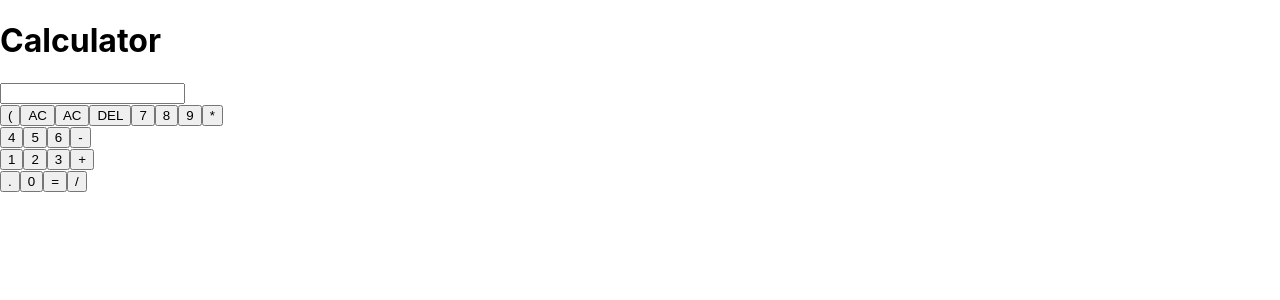
Repository: thesaherriaz/Calculator-React
Page: /
An editor plug-in stored every save of this project. The page is shown before and after the next save, followed by the edit.
The browser window is 1280 px wide. The pictures show the whole page.
The project was rebuilt for these pictures with package versions that can differ from the ones it lists, and the page was loaded fresh each time.

Above is the page before, as saved 2025-06-18 14:54:29.

After the next save:
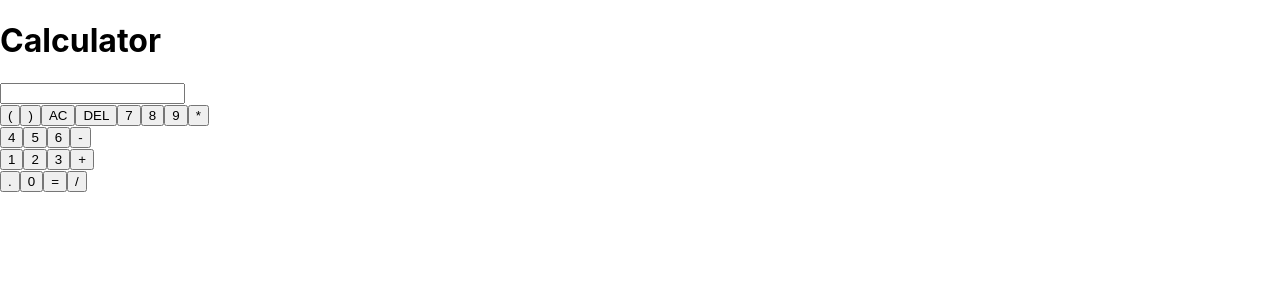
Saved 4 s later.
--- a/src/compnents/Calculator.jsx
+++ b/src/compnents/Calculator.jsx
@@ -8,7 +8,7 @@ function Calculator() {
             <input type="text" name="input" id="input" />
             <div>
                 <button>(</button>
-                <button>AC</button>
+                <button>)</button>
                 <button>AC</button>
                 <button>DEL</button>
                 <button>7</button>
